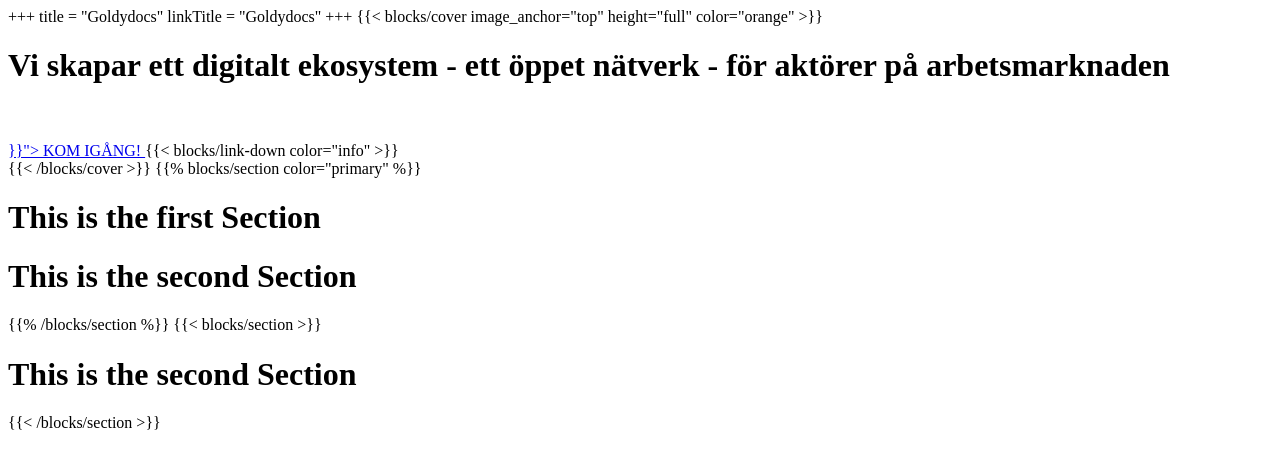
Repository: rudasn/docsy-cms-netlify
Page: content/sv/_index.html
An editor plug-in stored every save of this project. The page is shown before and after the next save, followed by the edit.
The browser window is 1280 px wide. The pictures show the whole page.

Above is the page before, as saved 2021-05-07 08:19:18.

After the next save:
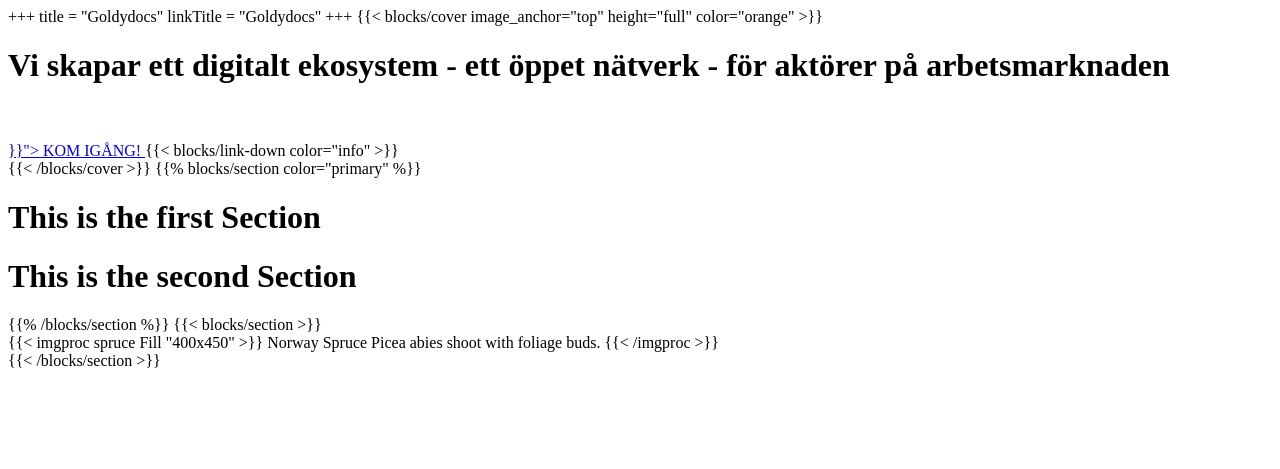
Saved 23 s later.
--- a/content/sv/_index.html
+++ b/content/sv/_index.html
@@ -54,7 +54,9 @@ For announcement of latest features etc.
 
 {{< blocks/section >}}
 <div class="col">
-<h1 class="text-center">This is the second Section</h1>
+	{{< imgproc spruce Fill "400x450" >}}
+	Norway Spruce Picea abies shoot with foliage buds.
+	{{< /imgproc >}}
 </div>
 
 {{< /blocks/section >}}
